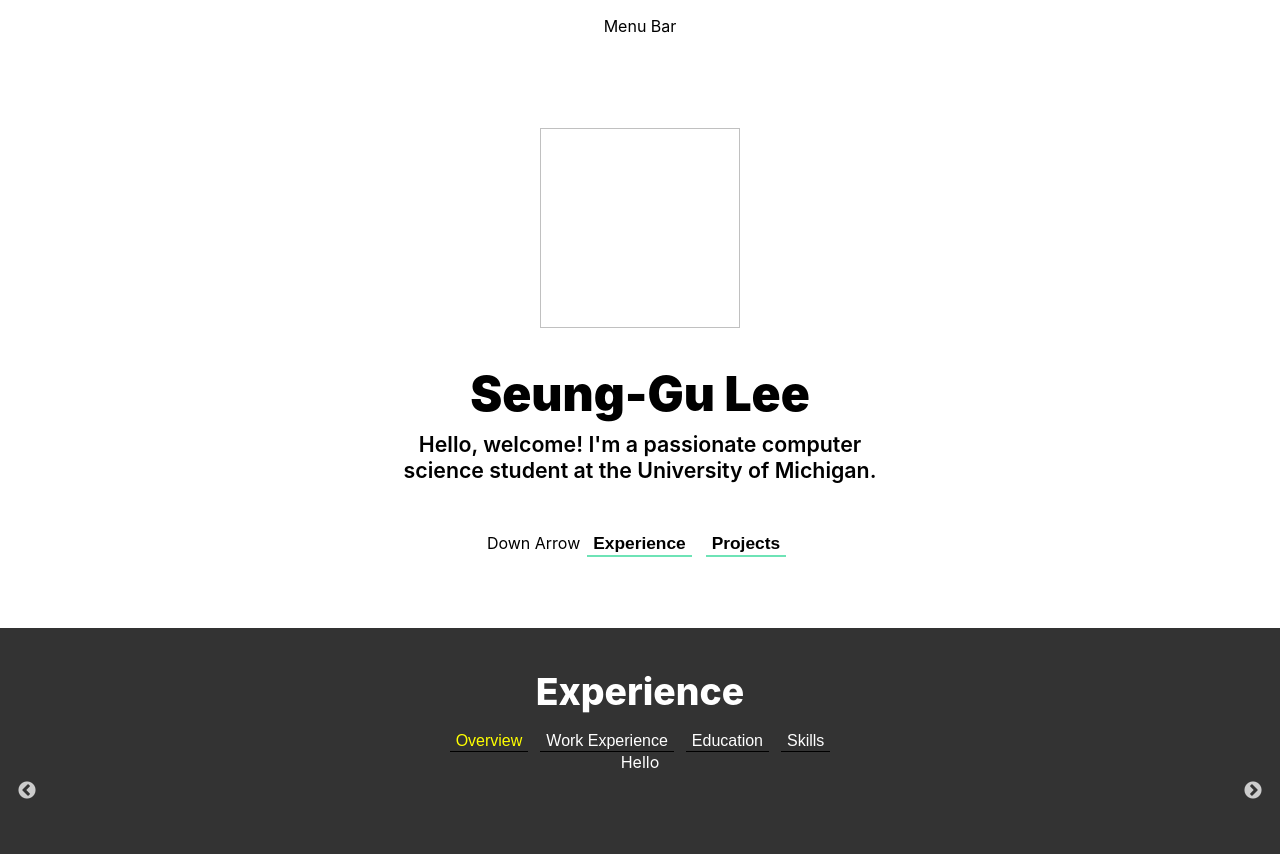
Repository: sgl33/sgl.dev-v2
Page: /
These files come from the project's save history. The page is drawn as it stood at one moment and after the next save; the edit follows.
The browser window is 1280 px wide. The pictures show the whole page.
The project was rebuilt for these pictures with package versions that can differ from the ones it lists, and the page was loaded fresh each time.

Above is the page before, as saved 2024-02-27 22:21:16.

### src/App/App.tsx
import React from 'react';
import '../css/general.css';


import MenuBar from './MenuBar';
import Landing from './Landing';
import Experience from './Experience';

function App() {
  return (
    <div className="App">
        <MenuBar/>
        <Landing/>
        <Experience/>
    </div>
  );
}

export default App;

### src/css/general.css


h1 {
    font-size: 28pt;
    margin-bottom: 8px;
    font-weight: 800;
}



html {
    padding: 0;
}

.App {
  text-align: center;

}

.App-logo {
  height: 40vmin;
  pointer-events: none;
}

@media (prefers-reduced-motion: no-preference) {
  .App-logo {
    animation: App-logo-spin infinite 20s linear;
  }
}

.App-header {
  background-color: #282c34;
  min-height: 100vh;
  display: flex;
  flex-direction: column;
  align-items: center;
  justify-content: center;
  font-size: calc(10px + 2vmin);
  color: white;
}

.App-link {
  color: #61dafb;
}

@keyframes App-logo-spin {
  from {
    transform: rotate(0deg);
  }
  to {
    transform: rotate(360deg);
  }
}

### src/App/MenuBar.tsx


function MenuBar() {
    return (
        <div>
            <p>Menu Bar</p>
        </div>
    );
}

export default MenuBar;

### src/App/Landing.tsx
import '../css/general.css';
import '../css/landing.css';

function Landing() {
    return (
        <div id='landing-background'>
            <div id='landing-text-container'>
                <img id='landing-pic'></img>
                <h1>Seung-Gu Lee</h1>
                <h2>Hello, welcome! I'm a passionate computer science student at the University of Michigan.</h2>
            </div>
            <div id='landing-buttons-container'>
                Down Arrow
                <button className='landing-button'>Experience</button>
                <button className='landing-button'>Projects</button>
            </div>
        </div>
    );
}

export default Landing;

### src/App/Experience.js
import React, { useState, useRef } from 'react';
import Slider from 'react-slick';
import "slick-carousel/slick/slick.css";
import "slick-carousel/slick/slick-theme.css";

// CSS
import '../css/general.css';
import '../css/experience.css';

// Other Components
import ExperienceCarousel1 from './ExperienceCarousel';


function Experience() {
    const [slideIndex, setSlideIndex] = useState(0);
    var sliderRef = useRef(null);

    var sliderSettings = {
        dots: false,
        slidesToShow: 1,
        beforeChange: (current, next) => setSlideIndex(next)
    };




    return (
        <div id='experience'>
            <h1>Experience</h1>
            {/* Buttons */}
            <div id='experience-buttons-container'>
                <button className={slideIndex === 0 ? 'experience-button-selected' : 'experience-button'}
                    onClick={e => sliderRef.slickGoTo(0)}
                >
                    Overview
                </button>
                <button className={slideIndex === 1 ? 'experience-button-selected' : 'experience-button'}
                    onClick={e => sliderRef.slickGoTo(1)}
                >
                    Work Experience
                </button>
                <button className={slideIndex === 2 ? 'experience-button-selected' : 'experience-button'}
                    onClick={e => sliderRef.slickGoTo(2)}
                >
                    Education
                </button>
                <button className={slideIndex === 3 ? 'experience-button-selected' : 'experience-button'}
                    onClick={e => sliderRef.slickGoTo(3)}
                >
                    Skills
                </button>
            </div>
            {/* Carousel Content */}
            <div id='experience-carousel'>
                <Slider {...sliderSettings} ref={slider => { sliderRef = slider; }}>
                    <div>
                        <ExperienceCarousel1/>
                    </div>
                    <div>
                        <h1>2</h1>
                    </div>
                    <div>
                        <h1>3</h1>
                    </div>
                    <div>
                        <h1>4</h1>
                    </div>
                </Slider>
            </div>
        </div>
    )
}

export default Experience;

### src/css/landing.css


#landing-background {
    padding: 64px 42px 64px 42px;
}

/* Text Container */
#landing-text-container {
    width: 480px;
    max-width: 90%;
    margin: 12px auto 42px auto;
}
#landing-pic {
    width: 200px;
    height: 200px;
}
#landing-text-container h1 {
    font-size: 36pt;
    margin-bottom: 8px;
    font-weight: 900;
}
#landing-text-container h2 {
    margin: 0px;
    font-size: 16pt;
    font-weight: 600;
}

/* Landing Buttons */
#landing-buttons-container {

}
#landing-buttons-container p {
    margin: 4px 0;
    display: inline-block;
    font-size: 13pt;
    font-weight: 500;
}
.landing-button {
    transition: 0.4s;
    margin: 7px;
    font-size: 13pt;
    font-weight: 600;
    color: black;
    text-decoration: none;
    background: none;
    border-style: none none solid none;
    border-color: #6ee3b6;
}
.landing-button:hover {
    background-color: rgba(0, 0, 0, 0.05);
}

/* #abffd7 */

### src/css/experience.css

#experience {
    background-color: #333333;
    padding: 16px 42px 24px 42px;
    color: white;
}

#experience h1 {
    color: white;

}

#experience-buttons-container {
    margin-top: 16px;
}
.experience-button, .experience-button-selected {
    background: none;
    color: white;
    border-style: none none solid none;
    border-width: 1px;
    font-size: 12pt;
    font-weight: 500;
    margin: 0 6px;
}
.experience-button-selected {
    color: yellow !important;
}
.experience-button:hover {
    cursor: pointer;
}

### src/App/ExperienceCarousel.tsx
import '../css/general.css';
import '../css/experience.css';

function ExperienceCarousel1() {
    return (
        <div>
            Hello
        </div>
    );
}

export default ExperienceCarousel1;

Loaded but not shown: public/index.html (common file); src/index.tsx (common file); src/index.css (common file); src/reportWebVitals.ts (common file)

After the next save:
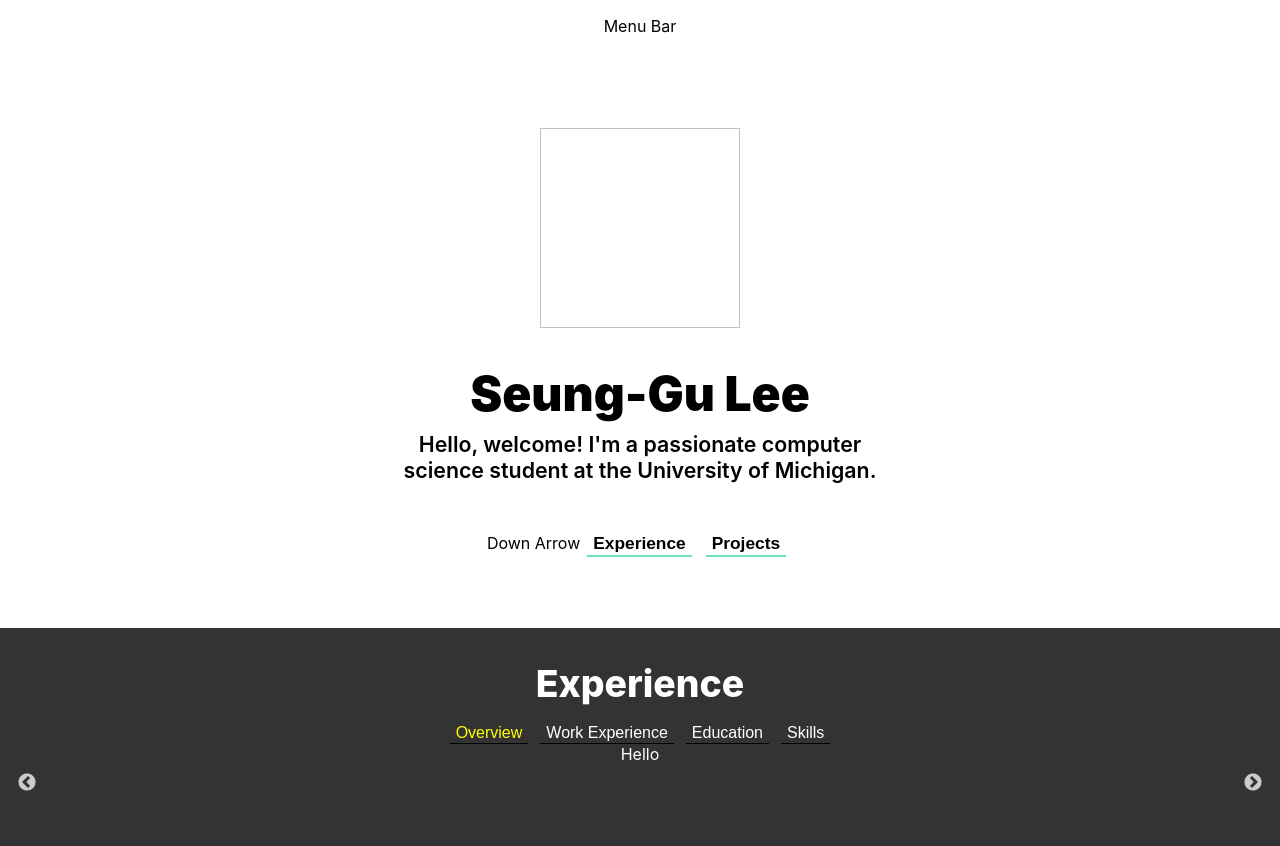
Saved 5 s later.
--- a/src/css/experience.css
+++ b/src/css/experience.css
@@ -1,7 +1,7 @@
 
 #experience {
     background-color: #333333;
-    padding: 16px 42px 24px 42px;
+    padding: 8px 42px 24px 42px;
     color: white;
 }
 
